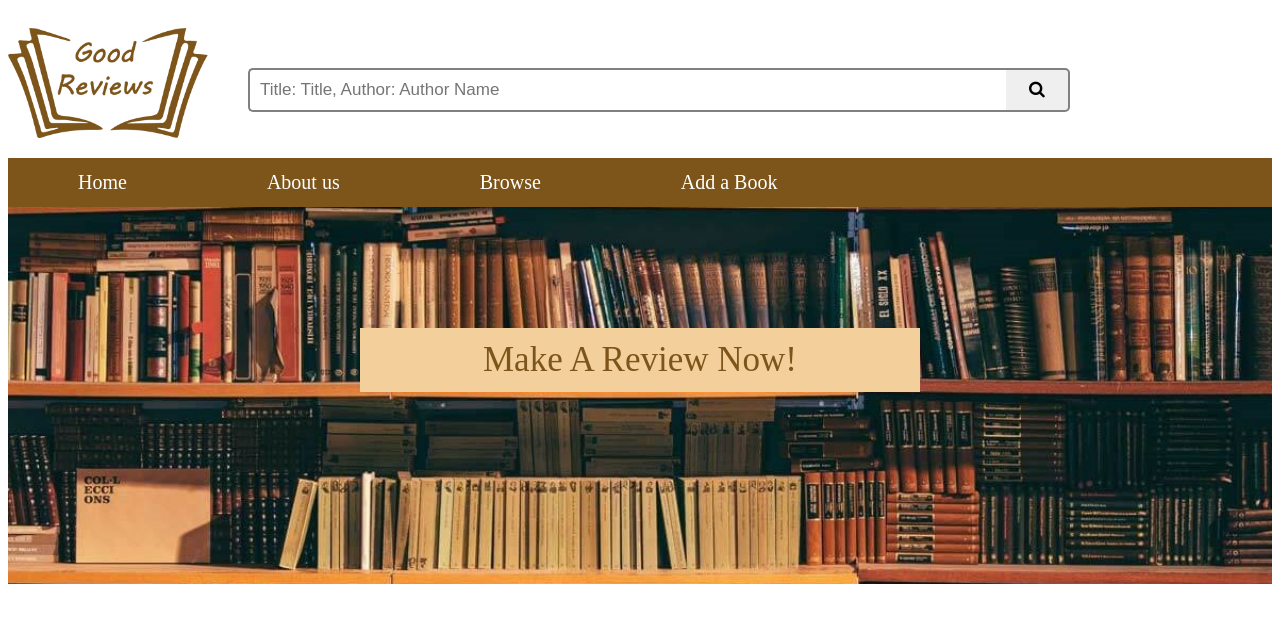
Repository: sesiliafenina/db-project
Page: index.html
The author's editor kept a copy of each file at every save. The page is drawn from the files as they stood at one save, then again after a run of saves.
The browser window is 1280 px wide. The pictures show the whole page.

Above is the page before, as saved 2020-12-06 14:23:09.
Console error: SyntaxError: Cannot use import statement outside a module

After the next 2 saves:
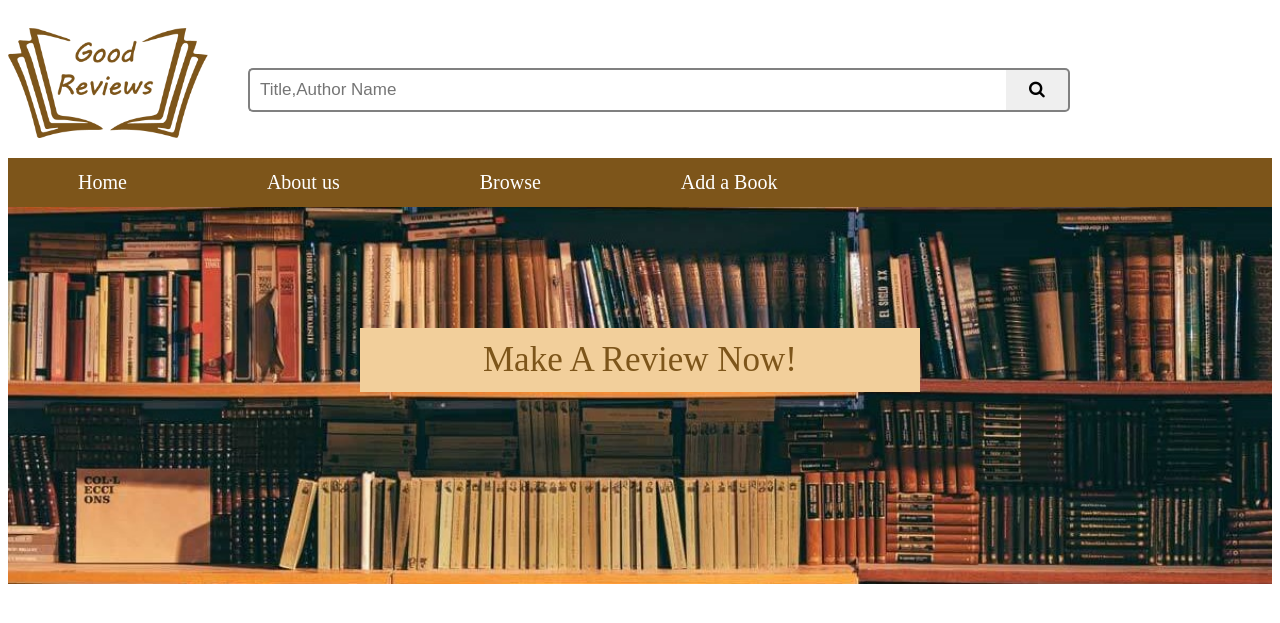
The 2 saves are shown as one change because they came seconds apart.
The last was saved 13 s later.
--- a/index.html
+++ b/index.html
@@ -17,7 +17,7 @@
         <input
           id="search-query"
           type="text"
-          placeholder="Title: Title, Author: Author Name"
+          placeholder="Title,Author Name"
           name="search"
         />
         <button class="search" type="submit" onclick="nextPage()">
